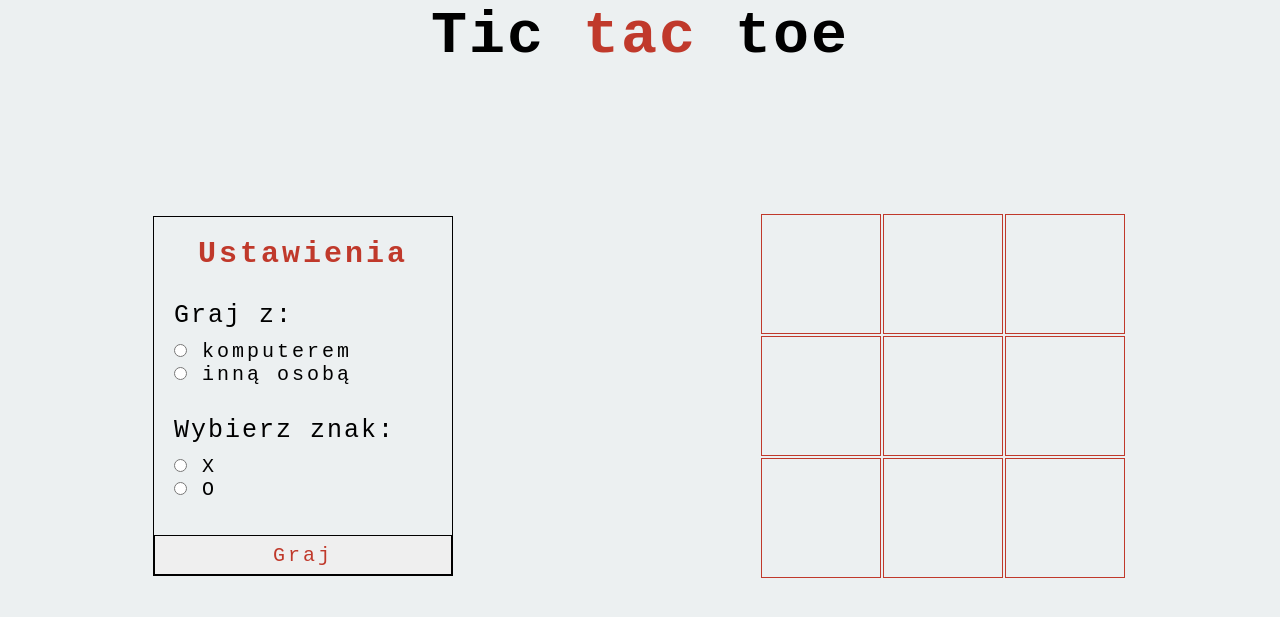
Repository: SebastianArmata22/Tic-Tac-Toe
Page: index.html
These files come from the project's save history. The page is drawn as it stood at one moment and after the next save; the edit follows.
The browser window is 1280 px wide. The pictures show the whole page.
Some web fonts or font styles are not loaded; a fallback is used.

Above is the page before, as saved 2020-11-03 15:05:50.

### index.html
<!DOCTYPE html>
<html>
    <head>
        <meta charset="utf-8">
        <meta http-equiv="X-UA-Compatible" content="IE=edge">
        <title></title>
        <meta name="description" content="">
        <meta name="viewport" content="width=device-width, initial-scale=1">
        <link rel="stylesheet" href="style.css">
    </head>
    <body>
        <div class="inscription">
            <h1>Tic <span>tac</span> toe</h1>
        </div>
        <div class="main-content">
            <div class="settings-div">
                <h2>Ustawienia</h2>
                <div class="choice">
                    <p>Graj z:</p>
                    <label><input type="radio" name="player"> komputerem</label> </br>
                    <label><input type="radio" name="player"> inną osobą</label>

                </div>
                <div class="choice">
                    <p>Wybierz znak:</p>
                    <label><input type="radio" name="sign"> X</label></br>
                    <label><input type="radio" name="sign"> O</label>
                </div>
                <button class="game-btn" >Graj</button>
            </div>
            <div class="tic-tac-toe-div">
                <table>
                    <tr>
                        <th id="1"></th>
                        <th id="2"></th>
                        <th id="3"></th>
                    </tr>
                    <tr>
                        <th id="4"></th>
                        <th id="5"></th>
                        <th id="6"></th>
                    </tr>
                    <tr>
                        <th id="7"></th>
                        <th id="8"></th>
                        <th id="9"></th>
                    </tr>
                </table>

            </div>
        </div>

        <script src="script.js" ></script>
    </body>
</html>

### style.css
@import url('https://fonts.googleapis.com/css2?family=Syne+Mono&display=swap');
*{
    margin: 0;
    padding: 0;
    box-sizing: border-box;
    font-family: 'Syne Mono', monospace;
}
.inscription{
    height: 10vh;
    display: flex;
    align-items: center;
    justify-content: center;
    font-size: 30px;
    background-color: #ecf0f1;
    letter-spacing: 2px;
}
.inscription span{
    color: #c0392b;
}
.main-content{
    display: flex;
    justify-content:space-around;
    align-items: center;
    min-height: 90vh;
    flex-wrap: wrap;
    background-color: #ecf0f1;

}

th{
border: 1px solid #c0392b;
height: 120px;
width: 120px;
}

th:hover{
background-color: #e74c3c;
border: 3px solid #c0392b;
transition: all 0.5s ease-out;

}
.settings-div{
    height: 360px;
    position: relative;
    border: 1px solid black;
    width: 300px;
    padding: 20px;
}
.settings-div h2{
    text-align: center;
    letter-spacing: 3px;
    font-size: 30px;
    color: #c0392b;
}
.game-btn{
    position: absolute;
    bottom: 0;
    left: 0;
    width: 100%;
    border-style: none;
    height: 40px;
    font-size: 20px;
    border: 1px solid black;
    letter-spacing: 3px;
    color: #c0392b;
}
.game-btn:hover{
    background-color: black;
    color: #bdc3c7;
}
.choice{
    margin-top: 30px;
}
.choice p{
    font-size: 25px;
    letter-spacing: 2px;
    margin-bottom: 10px;
}
.choice label{
    font-size: 20px;
    letter-spacing: 3px;
}

Loaded but not shown: script.js (no copy from this time; the picture is the same without it)

After the next save:
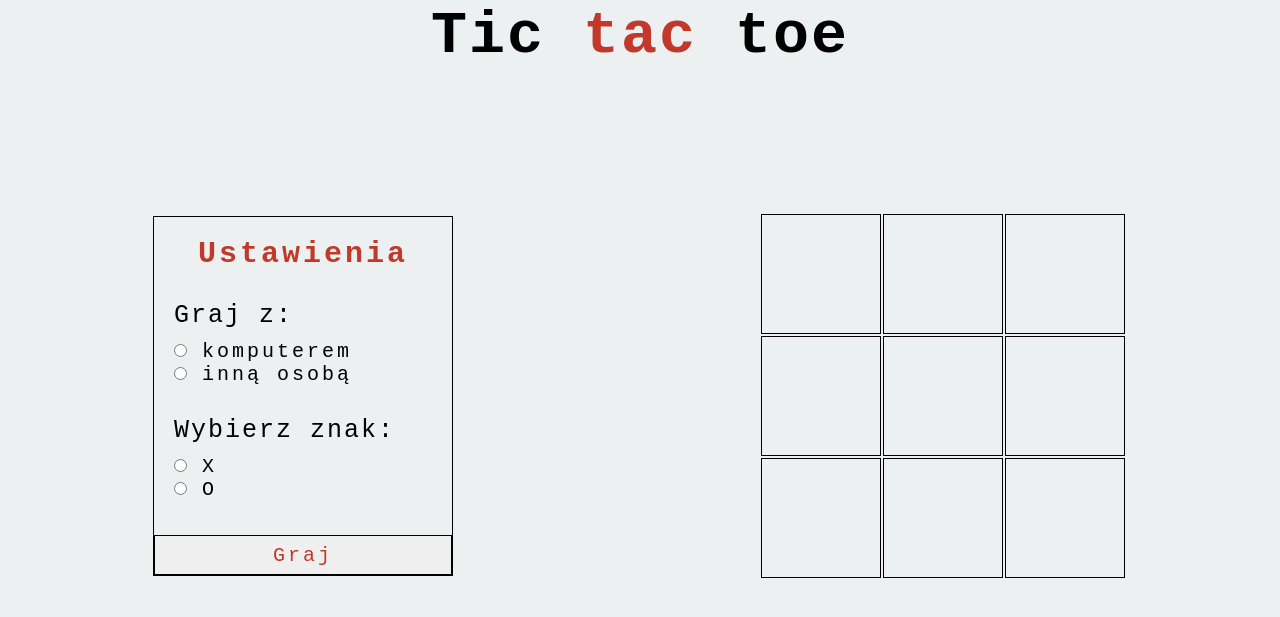
Saved 24 s later.
--- a/style.css
+++ b/style.css
@@ -28,7 +28,7 @@
 }
 
 th{
-border: 1px solid #c0392b;
+border: 1px solid black;
 height: 120px;
 width: 120px;
 }
